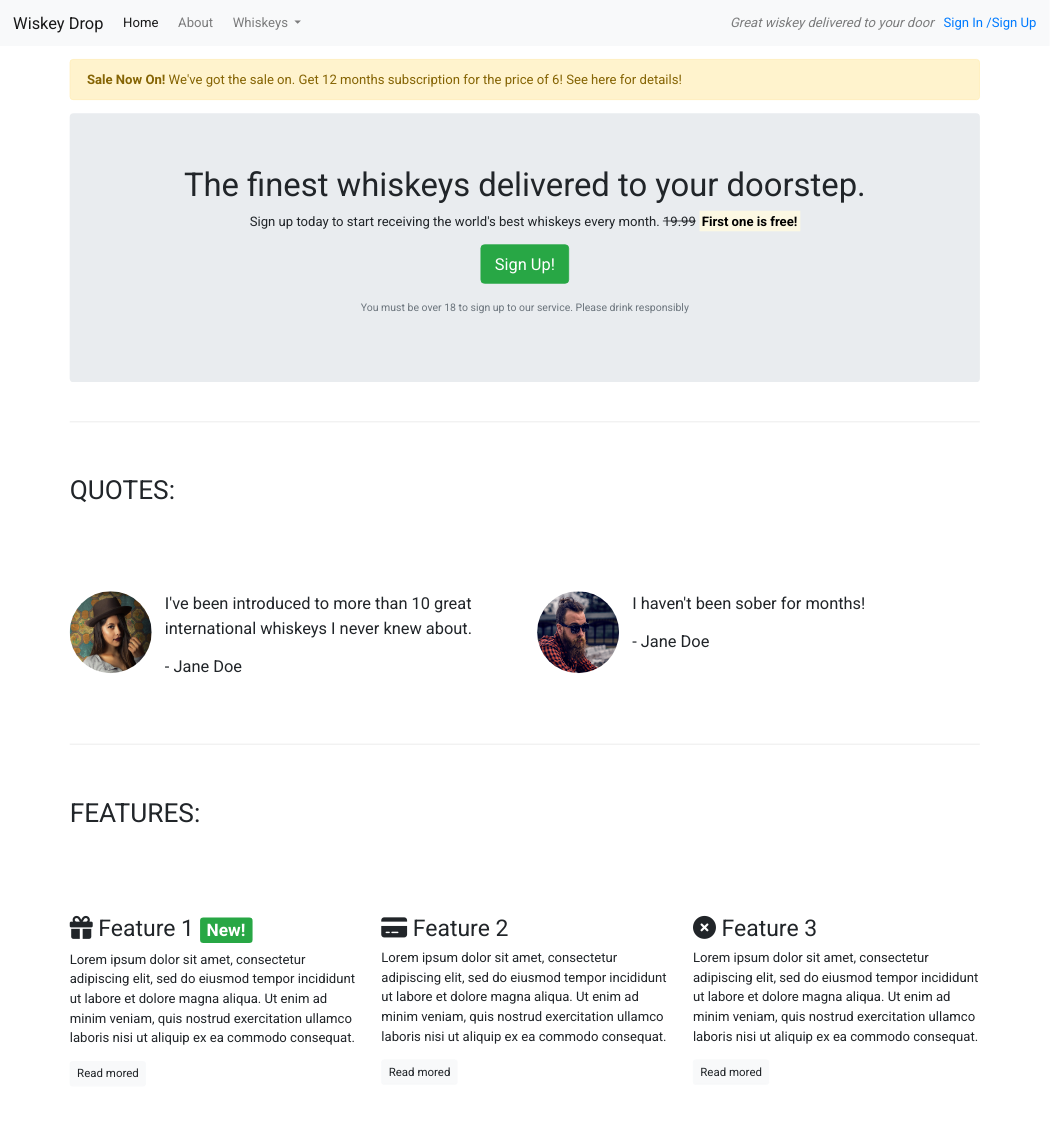
Repository: manub7/bootstrap4-mobile-first
Page: index.html
The author's editor kept a record of every edit. The page is drawn from the files as they stood at one moment, then again after the next edit.
The browser window is 1280 px wide. The page is 1280 px wide, then 1295 px, so the pictures cover 1295 px, including what lies to the right of the window. The pictures show the whole page, at 82% of full size.
Some web libraries are served in a nearby version.

Above is the page before.

After the next edit:
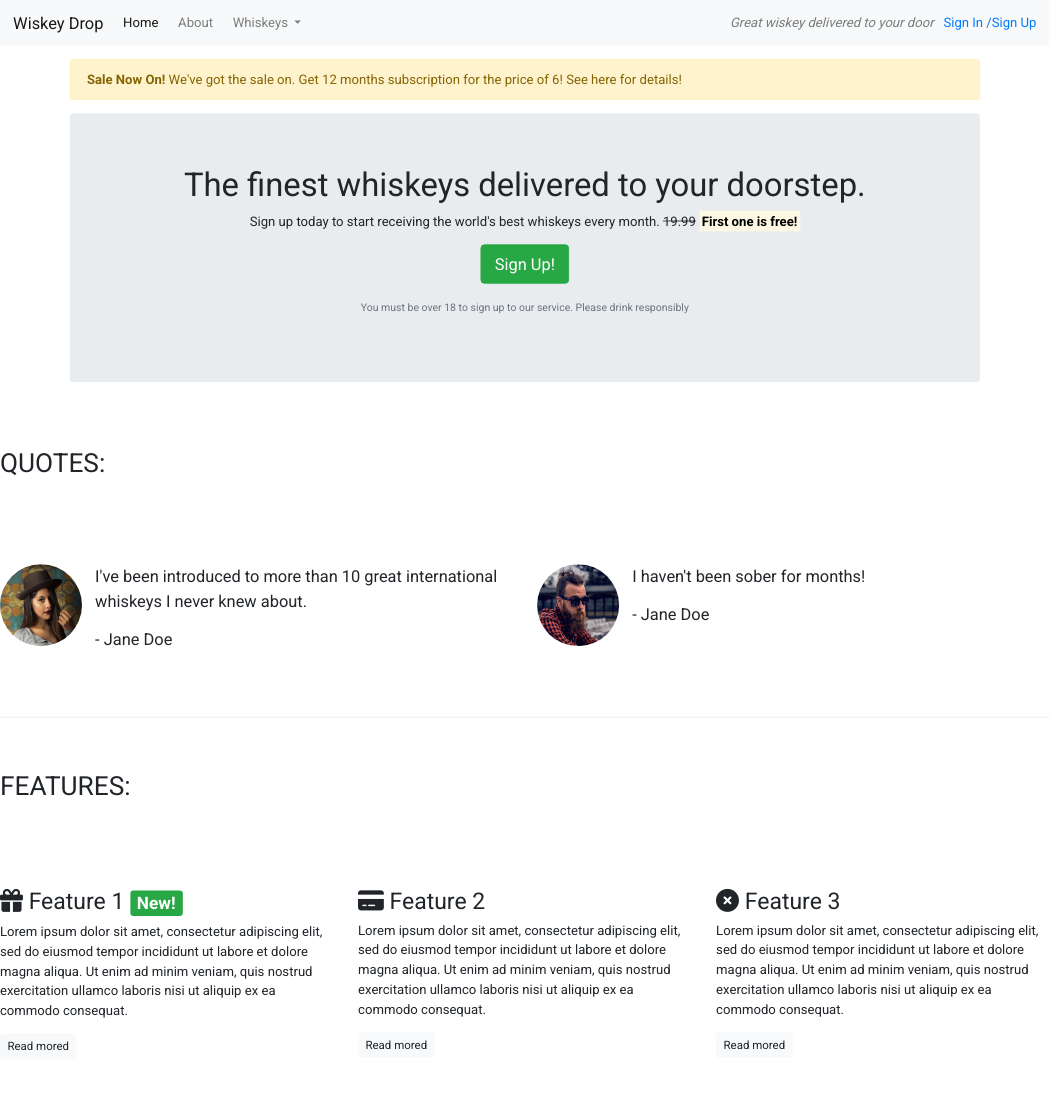
The edit:
--- a/index.html
+++ b/index.html
@@ -71,7 +71,7 @@
         </div>
 
         <!-- /.callout -->
-        <hr>
+        </div>
 
         <!-- Quotes -->
         <section class="quotes">
